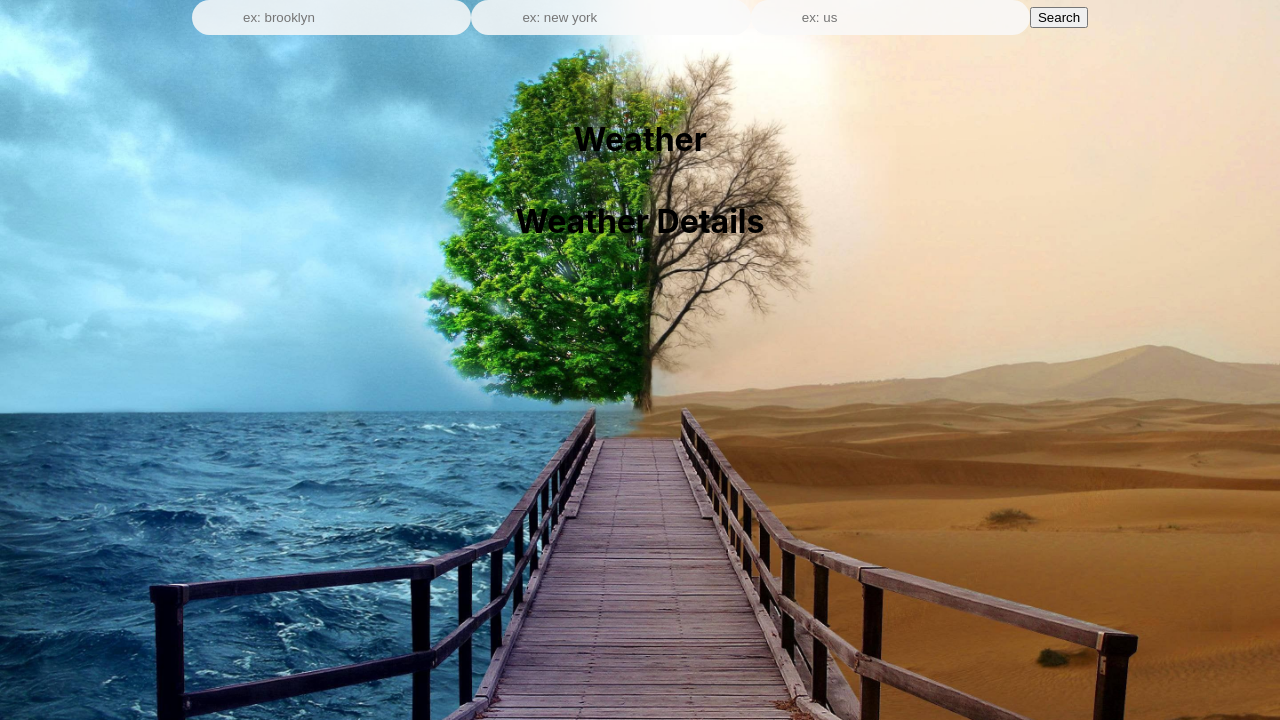
Repository: Mohsin231/Weather_App
Page: /
An editor plug-in stored every save of this project. The page is shown before and after the next save, followed by the edit.
The browser window is 1280 px wide. The pictures show the whole page.
The project was rebuilt for these pictures with package versions that can differ from the ones it lists, and the page was loaded fresh each time.

Above is the page before, as saved 2021-01-25 04:17:25.

### src/App.js
import React, { useState } from 'react'
import Weather from './Components/Weather'
import WeatherDetails from './Components/WeatherDetails'
import SearchForm from './Components/SearchForm'
import { Route } from 'react-router-dom';
import './App.css';


function App() {

  const [data, setData] = useState({
    city:"",
    state:"",
    country:""
  })

  const [weatherData, setWeatherData] = useState(null);

  const [weatherDetails, setWeatherDetails] = useState(null);



  function handleChange(event) {
    setData({...data, [event.target.id]:event.target.value})
    console.log(data)

    }



  return (
    <>

    <div className="App">
      <SearchForm
      handleChange={handleChange}
      data={data}
      setData={setData}
      setWeatherData={setWeatherData}
      setWeatherDetails={setWeatherDetails}
      />

<Route path="/" exact component={() => <Weather data={data} setData={setData} weatherData={weatherData}  />} />
<Route path="/" exact component={() => <WeatherDetails data={data} setData={setData} weatherDetails={weatherDetails} />} />




    </div>
    </>

  );
}

export default App;

### src/Components/Weather.js
import React, { useState, useEffect } from "react";
import WeatherDetails from "../Components/WeatherDetails";
import '../Weather.css';


const Weather = ({ data, setData, weatherData }) => {
  const [action, setAction] = useState("");

  return (
      <div className="main">
        <h1>Weather</h1>

        {weatherData &&
        (
          <div className="city-container">

            <div className="city">
            <h2 className="city-name">
              <span>{weatherData.name}, {weatherData.sys.country}</span>
            </h2>

            <div className="city-temp">
              {Math.round(weatherData.main.temp)}
              <sup>&deg;F</sup>
            </div>

            <div className="icon">
              <img className="city-icon" src={`https://openweathermap.org/img/wn/${weatherData.weather[0].icon}@2x.png`} alt={weatherData.weather[0].description} />
              <p>{weatherData.weather[0].description}</p>
            </div>
            </div>

            <button onClick = {() => {setAction("moreDetails")}} id="moreDetails">Show more details...</button>
            </div>


)
}
      {
        action === "moreDetails"
        &&
        <WeatherDetails/>
      }
      </div>

    );
}

export default Weather;
//extracts information



// {weatherData && (
//   <div className="city"
//   <h2 className="city">
//     <span>{weatherData.name}, {weatherData.sys.country}</span>
//   </h2>

// <div className="city-temp">
//   {Math.round(weatherData.main.temp)}
//   <sup>&deg;F</sup>
// </div>

// <div className="city-icon">
// <img className="weather-icon" src={`http://openweathermap.org/img/wn/${weatherData.weather[0].icon}@2x.png`} alt={weatherData.weather[0].description} />
// <p>{weatherData.weather[0].description}</p>
// </div>

// </div>

// )}

// </div>
// </>

### src/Components/WeatherDetails.js
import React, { useState, useEffect } from "react";
import '../WeatherDetails.css';

const WeatherDetails = ({data, setData, weatherDetails }) => {

  return (
    <div className="main">
      <h1>Weather Details</h1>

      {weatherDetails &&
      (
        <div className="moreInfo">
          <h2>Feels Like: {weatherDetails.main.feels_like}</h2>
          <h2>Min: {weatherDetails.main.temp_min}, Max:{weatherDetails.main.temp_max}</h2>
          <h2>Humidity: {weatherDetails.main.humidity}</h2>
          <h2>Wind Speed: {weatherDetails.wind.speed}</h2>
          </div>

)
}

    </div>

  );
}

export default WeatherDetails;
//displays details of weather

### src/Components/SearchForm.js
import React, {useEffect} from 'react';
import '../SearchForm.css';
//search


  // Destructure props object
  function SearchForm({handleChange, data, setData, setWeatherData, setWeatherDetails }) {


    const getData = () => {

      let url = `http://api.openweathermap.org/data/2.5/weather?q=${data.city},${data.state},${data.country}&units=imperial&appid=${process.env.REACT_APP_ONEDAY}`

    fetch(url)
      .then(res => res.json())
      .then(res => {
        console.log(res)
        setWeatherData(res);
        setWeatherDetails(res)
      })
      .catch(err => {
        console.error(err);
      });}

  function handleSubmit(event) {
    event.preventDefault();
    getData();
  }

    return (
      <form onSubmit={handleSubmit} className="searchForm">
        <input
          className="search"
          id="city"
          placeholder="ex: brooklyn"
          type="text"
          name="searchString"
          required
          onChange={handleChange}
          value={data.city}
        />
        <input
        className="search"
          id="state"
          placeholder="ex: new york"
          type="text"
          name="searchString"
          required
          onChange={handleChange}
          value={data.state}
        />
        <input
        className="search"
          id="country"
          placeholder="ex: us"
          type="text"
          name="searchString"
          required
          onChange={handleChange}
          value={data.country}
        />
        <button>Search</button>
      </form>
    );
  }
  export default SearchForm;

### src/App.css
.App {
  text-align: center;

}

body {
  background: url("./images/weatherBackground.jpg");
  background-size: cover;
  background-repeat: no-repeat;
}

### src/Weather.css

.main {
    height: 100%;
    display: flex;
    justify-content: center;
    align-items: center;
    flex-direction: column;
  }

  .city {
    padding: 40px, 40px, 60px, 60px;
    border-radius: 25px;
    background: rgba(235, 230, 230, 0.85);
}

#moreDetails {
    margin-top: 100px;
}

### src/WeatherDetails.css
.more-info {
    padding: 40px, 40px, 60px, 60px;
    border-radius: 25px;
    background: rgba(235, 230, 230, 0.85);

}
.main {
    height: 100%;
    display: flex;
    justify-content: center;
    align-items: center;
    flex-direction: column;
  }

### src/SearchForm.css
.search {
    outline: none;
    padding: 10px 4%;
    border-radius: 20px;
    border: none;
    margin-bottom: 5%;
    background: rgba(250, 250, 250, 0.85);
}

Loaded but not shown: public/index.html (common file); src/index.js (common file); src/index.css (common file); src/reportWebVitals.js (common file)

After the next save:
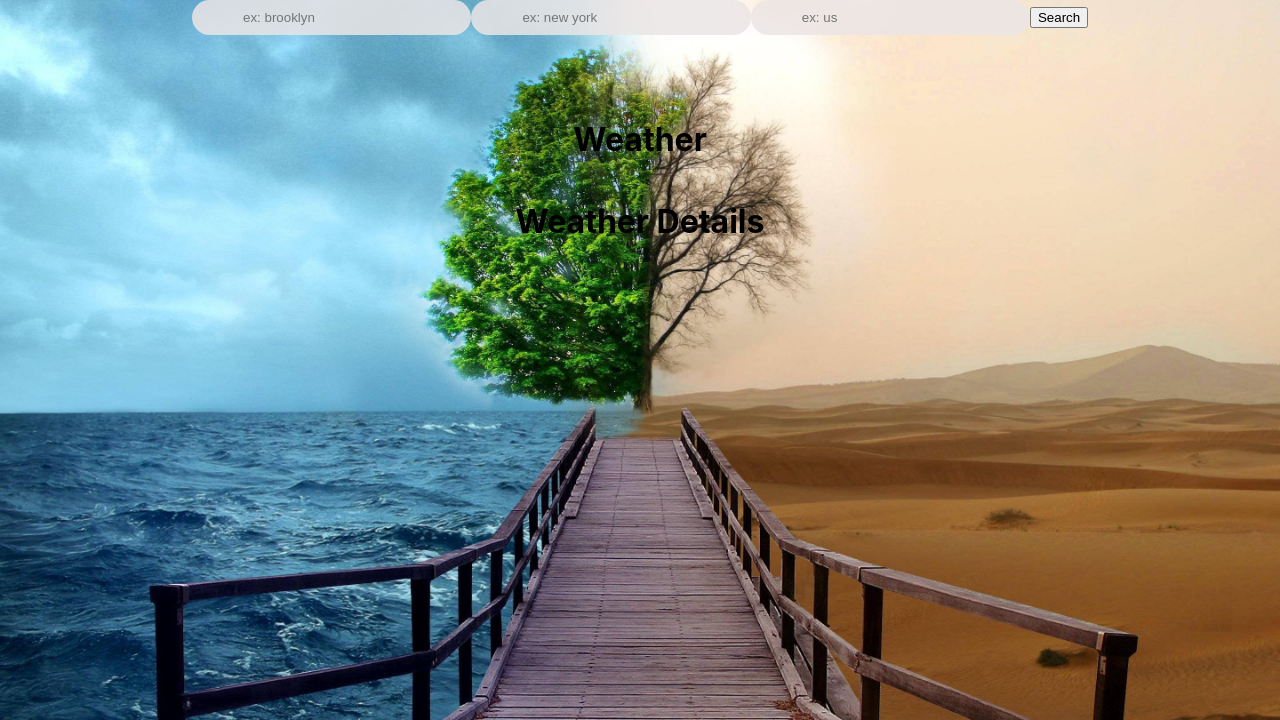
Saved 61 s later.
--- a/src/SearchForm.css
+++ b/src/SearchForm.css
@@ -4,5 +4,5 @@
     border-radius: 20px;
     border: none;
     margin-bottom: 5%;
-    background: rgba(250, 250, 250, 0.85);
+    background: rgba(235, 230, 230, 0.85);
 }
